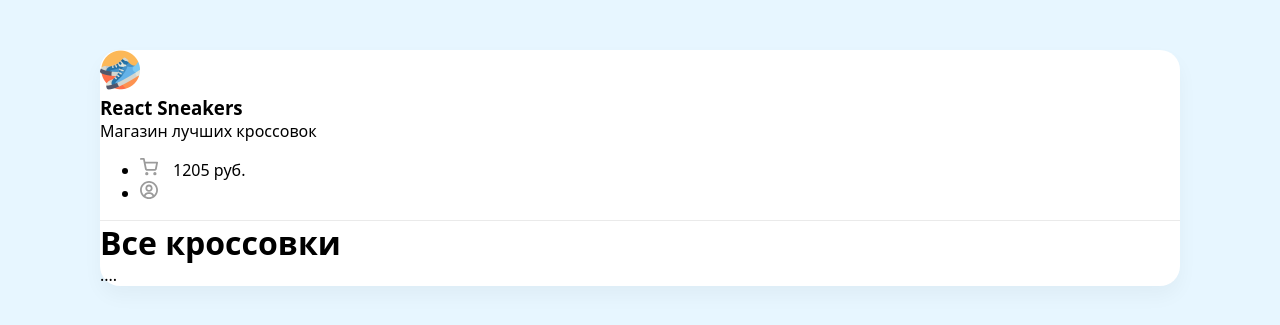
Repository: Insolent13/react-sneakers
Page: /
An editor plug-in stored every save of this project. The page is shown before and after a run of saves, followed by the edit.
The browser window is 1280 px wide. The pictures show the whole page.
The project was rebuilt for these pictures with package versions that can differ from the ones it lists, and the page was loaded fresh each time.

Above is the page before, as saved 2024-07-07 23:26:14.

After the next 3 saves:
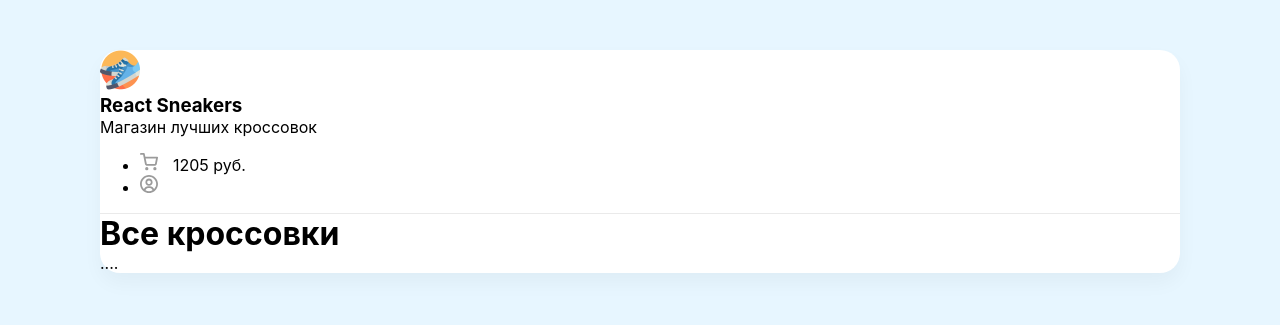
The 3 saves are shown as one change because 1 did not build or start and some came seconds apart.
The last was saved 3 min 4 s later.
--- a/src/index.scss
+++ b/src/index.scss
@@ -1,6 +1,6 @@
 body {
   margin: 0;
-  font-family: system-ui;
+  font-family: 'Inter', system-ui;
   -webkit-font-smoothing: antialiased;
   -moz-osx-font-smoothing: grayscale;
   background-color: #e7f6ff;
